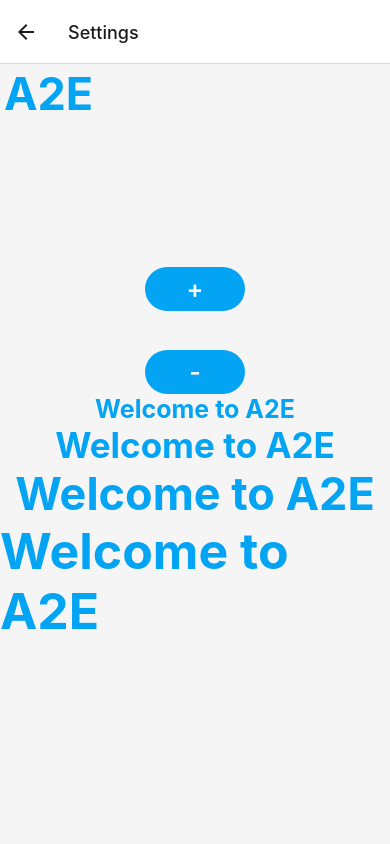
Repository: amartinM1/A2E-UI
Page: /Settings
An editor plug-in stored every save of this project. The page is shown before and after the next save, followed by the edit.
The browser window is 390 px wide. The pictures show the whole page.
The app was drawn by React Native's web renderer in a window 390 px wide. The project was rebuilt for these pictures with package versions that can differ from the ones it lists, and the page was loaded fresh each time. Some packages were replaced by stand-ins written for this rebuild. Also part of the build but not shown: pages/profile.js, server/server.js, pages/home.js.

Above is the page before, as saved 2023-02-22 11:56:01.

### App.js
import { StatusBar } from 'expo-status-bar';
import React from 'react';
import { StyleSheet, Text, View } from 'react-native';
import Launch from './pages/launch.js';
import Navigator from './navigation/navigator.js';

export default function App() {
  return (
    <Navigator/>
  );
}

### pages/launch.js
import React, {Component} from 'react';
import {
    Text,
    View,
    StyleSheet,
    TouchableOpacity,
} from 'react-native';

function Button({onPress, children}) {
    return (
        <TouchableOpacity onPress={onPress} style={styles.button}>
                <Text style={styles.button_text}>{children}</Text>
        </TouchableOpacity>
    );
}

function Launch({navigation}) {
    return (
        <View style={styles.container}>
            <View style={styles.background_container}>
                <Text style={styles.logo}>A2E</Text>
            </View>
            <View style={styles.main_container}>
                <Text style={styles.title}>Welcome to{"\n"}ASL-to-English</Text>
                <Text style={styles.body}>We translate your ASL to English all in one application.</Text>
                <Button onPress={() => navigation.navigate('Home') }>Get Started</Button>
            </View>
        </View>
    );
}

const styles = StyleSheet.create({
    container: {
        flex: 1,
        alignItems: 'center',
    },
    background_container: {
        position: 'absolute',
        top: 0,
        bottom: 0,
        left: 0,
        right: 0,
        backgroundColor: '#F5F5F5',
    },
    main_container: {
        flex: 1,
        justifyContent: 'center',
        alignItems: 'center',
    },
    logo: {
        fontSize: 45,
        fontWeight: 'bold',
        color: '#04a4f4',
        textAlign: 'left',
        marginLeft: '1%',
        marginTop: '0.5%',
    },
    title: {
        fontSize: 45,
        fontWeight: 'bold',
        color: '#04a4f4',
        marginBottom: '2.5%',
        textAlign: 'center',
    },
    body: {
        fontSize: 20,
        fontWeight: '400',
        color: '#04a4f4',
        marginBottom: '4%',
        textAlign: 'center',
    },
    button: {
        alignItems: 'center',
        backgroundColor: '#04a4f4',
        padding: 10,
        borderRadius: 50,
        width: 250,
    },
    button_text: {
        marginBottom: 2,
        marginTop: 2,
        fontSize: 25,
        fontWeight: '600',
        color: '#FFFFFF',
    },
})

export default Launch;

### navigation/navigator.js
import React from 'react';
import { NavigationContainer } from '@react-navigation/native';
import { createNativeStackNavigator } from '@react-navigation/native-stack';

//pages
import Launch from '../pages/launch';
import Home from '../pages/home';
import Profile from '../pages/profile';
import Settings from '../pages/settings';

//stacks
const LaunchStack = createNativeStackNavigator();

//Launch Page Stack
function Navigator() {
    return (
        <NavigationContainer>
            <LaunchStack.Navigator>
                <LaunchStack.Screen
                    name="Launch"
                    component={Launch}
                    options={{headerShown: false}}
                />
                <LaunchStack.Screen
                    name="Home"
                    component={Home}
                    options={{headerShown: false}}
                />
                <LaunchStack.Screen
                    name="Profile"
                    component={Profile}
                />
                <LaunchStack.Screen
                    name="Settings"
                    component={Settings}
                />
            </LaunchStack.Navigator>
        </NavigationContainer>
    );
}

export default Navigator;

### pages/settings.js
import React, {Component,useState} from 'react';
import {
    Text,
    View,
    StyleSheet,
    TouchableOpacity,
} from 'react-native';
//import "./dynamicfont.js";
//import dynamicfont from './dynamicfont.js';
import changeFont from './dynamicfont.js';
import externalStyle from './dynamicfont.js';

// Button Object
function Button({onPress, children, toStyle, textStyle}) {
    return (
        <TouchableOpacity onPress={onPress} style={toStyle}>
            <Text style={textStyle}>{children}</Text>
        </TouchableOpacity>
    );
}

function Settings({navigation}) {

    const changeFont =() => {

        setFontSize(fontSize+5);
    }

    return (
        <View style={styles.container}>
            <View style={styles.background_container}>
                <Text style={styles.logo}>A2E</Text>
            </View>
            <View style={styles.main_container}>
                <Button
                            onPress={() => changeFont}
                            toStyle={styles.button1}
                            textStyle={styles.button_text}
                        >
                        +
                </Button>
                <View style={styles.break}/>
                <Button
                            onPress={() => changeFont}
                            toStyle={styles.button2}
                            textStyle={styles.button_text}
                        >
                        -
                </Button>

                <Text style={externalStyle.fontOne}>Welcome to A2E</Text>
                <Text style={externalStyle.fontTwo}>Welcome to A2E</Text>
                <Text style={externalStyle.fontThree}>Welcome to A2E</Text>
                <Text style={externalStyle.fontFour}>Welcome to A2E</Text>
            </View>
        </View>
    );
}

const styles = StyleSheet.create({
    container: {
        flex: 1,
        alignItems: 'center',
    },
    background_container: {
        position: 'absolute',
        top: 0,
        bottom: 0,
        left: 0,
        right: 0,
        backgroundColor: '#F5F5F5',
    },
    main_container: {
        flex: 1,
        justifyContent: 'center',
        alignItems: 'center',
        //flexDirection: 'column',
    },
    logo: {
        fontSize: 45,
        fontWeight: 'bold',
        color: '#04a4f4',
        textAlign: 'left',
        marginLeft: '1%',
        marginTop: '0.5%',
    },
    button1: {
        alignItems: 'center',
        backgroundColor: '#04a4f4',
        padding: 5,
        borderRadius: 30,
        width: 100,
    },
    button2: {
        alignItems: 'center',
        backgroundColor: '#04a4f4',
        padding: 5,
        borderRadius: 30,
        width: 100,
    },
    button_text: {
        marginBottom: 2,
        marginTop: 2,
        fontSize: 25,
        fontWeight: '600',
        color: '#FFFFFF',
    },
    break: {
        height: '5%',

    },

});

export default Settings;

### pages/dynamicfont.js
import {StyleSheet} from 'react-native'
import React, {Component,useState} from 'react';



const externalStyle = StyleSheet.create({


    fontOne:{
        fontSize: 25,
        fontWeight: 'bold',
        color: '#04a4f4',

    },
    fontTwo:{
        fontSize: 35,
        fontWeight: 'bold',
        color: '#04a4f4',

    },
    fontThree:{
        fontSize: 45,
        fontWeight: 'bold',
        color: '#04a4f4',

    },
    fontFour:{
        fontSize: 50,
        fontWeight: 'bold',
        color: '#04a4f4',

    }

})



export default externalStyle;

Loaded but not shown: index.js (common file)

After the next save:
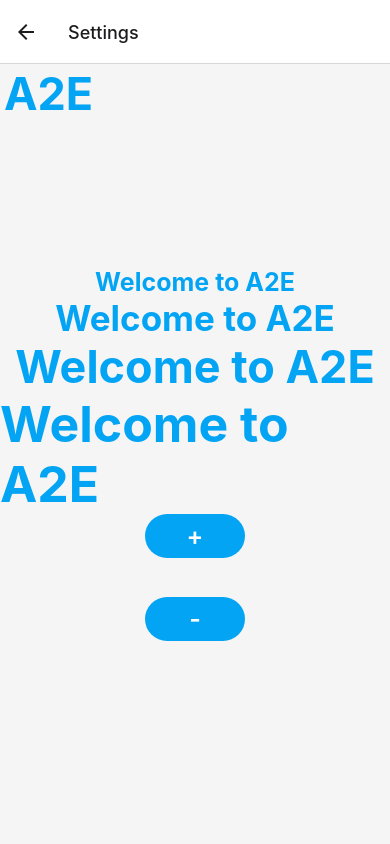
Saved 21 s later.
--- a/pages/settings.js
+++ b/pages/settings.js
@@ -32,6 +32,10 @@ function Settings({navigation}) {
                 <Text style={styles.logo}>A2E</Text>
             </View>
             <View style={styles.main_container}>
+            <Text style={externalStyle.fontOne}>Welcome to A2E</Text>
+                <Text style={externalStyle.fontTwo}>Welcome to A2E</Text>
+                <Text style={externalStyle.fontThree}>Welcome to A2E</Text>
+                <Text style={externalStyle.fontFour}>Welcome to A2E</Text>
                 <Button
                             onPress={() => changeFont}
                             toStyle={styles.button1}
@@ -48,10 +52,7 @@ function Settings({navigation}) {
                         -
                 </Button>
 
-                <Text style={externalStyle.fontOne}>Welcome to A2E</Text>
-                <Text style={externalStyle.fontTwo}>Welcome to A2E</Text>
-                <Text style={externalStyle.fontThree}>Welcome to A2E</Text>
-                <Text style={externalStyle.fontFour}>Welcome to A2E</Text>
+
             </View>
         </View>
     );
